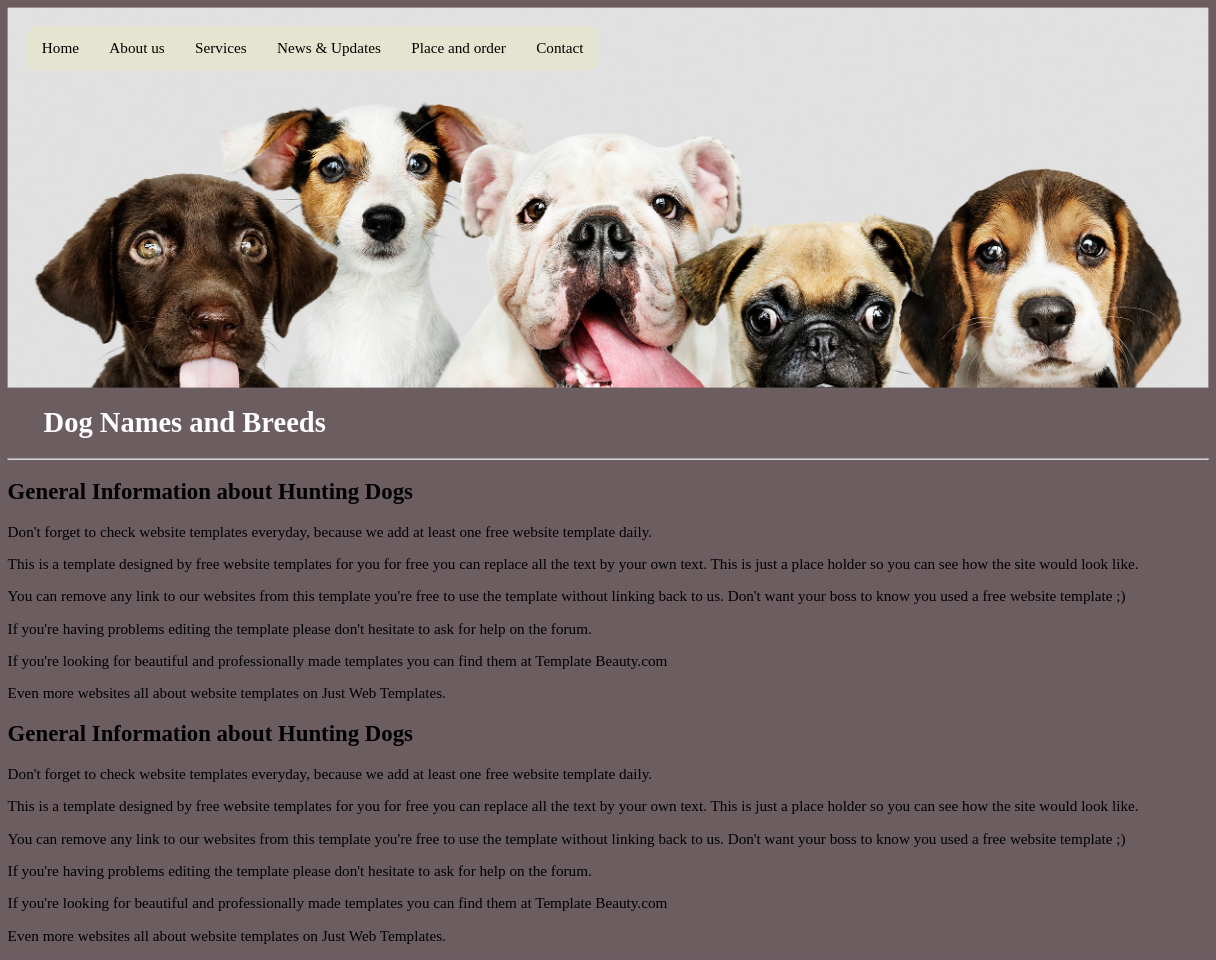
Repository: Tayma-Kazmouz/labwork
Page: index.html
An editor plug-in stored every save of this project. The page is shown before and after the next save, followed by the edit.
The browser window is 1280 px wide. The pictures show the whole page, at 95% of full size.

Above is the page before, as saved 2022-04-04 16:36:15.

### index.html
<!DOCTYPE html>
<html lang="en">
<head>
    <meta charset="UTF-8">
    <meta http-equiv="X-UA-Compatible" content="IE=edge">
    <meta name="viewport" content="width=device-width, initial-scale=1.0">
    <title>LabWork1</title>
    <link rel="stylesheet" href="styles.css">
</head>
<body>
    <div class="banner">
          <div class="nav">
            <ul>
                <li><a class="active" href="#">Home</a></li>
                <li><a href="#">About us</a></li>
                <li><a href="#">Services</a></li>
                <li><a href="#">News & Updates</a></li>
                <li><a href="#">Place and order</a></li>
                <li><a href="#">Contact</a></li>
            </ul>
        </div>
      </div>
      <h1>Dog Names and Breeds</h1>
      <hr>
      <div class="container-one">

          <h2>General Information about Hunting Dogs</h2>
          <p>Don't forget to check website templates everyday, because we add at least one free website template daily.</p>
          <p>This is a template designed by free website templates for you for free you can replace all the text by your own text. This is just a place holder so you can see how the site would look like.</p>
          <p>You can remove any link to our websites from this template you're free to use the template without linking back to us. Don't want your boss to know you used a free website template ;)</p>
          <p>If you're having problems editing the template please don't hesitate to ask for help on the forum.</p>
          <p>If you're looking for beautiful and professionally made templates you can find them at Template Beauty.com</p>
          <p>Even more websites all about website templates on Just Web Templates.</p>

          <h2>General Information about Hunting Dogs</h2>
          <p>Don't forget to check website templates everyday, because we add at least one free website template daily.</p>
          <p>This is a template designed by free website templates for you for free you can replace all the text by your own text. This is just a place holder so you can see how the site would look like.</p>
          <p>You can remove any link to our websites from this template you're free to use the template without linking back to us. Don't want your boss to know you used a free website template ;)</p>
          <p>If you're having problems editing the template please don't hesitate to ask for help on the forum.</p>
          <p>If you're looking for beautiful and professionally made templates you can find them at Template Beauty.com</p>
          <p>Even more websites all about website templates on Just Web Templates.</p>
      </div>
</body>
</html>

### styles.css
body{
    background-color: rgb(107, 93, 96);
}

.banner{
    background-image: url(images/banner.jpg);
    height: 400px;
    position: relative;
    background-position: center;
    background-repeat: no-repeat;
    background-size: cover;
}

.nav{
    background-color: rgb(228, 228, 208);
    border-radius: 10px;
    width: auto;
    position: absolute;
    margin: 20px;
}
ul {
    list-style-type: none;
    margin: 0;
    padding: 0;
    overflow: hidden;
  }

  li {
    float: left;
  }

  li a {
    display: block;
    color: black;
    text-align: center;
    padding: 14px 16px;
    text-decoration: none;
  }

h1{
    color: white;
    font-weight: 600px;
    font-size: 30px;
    margin-left: 3%;
}

After the next save:
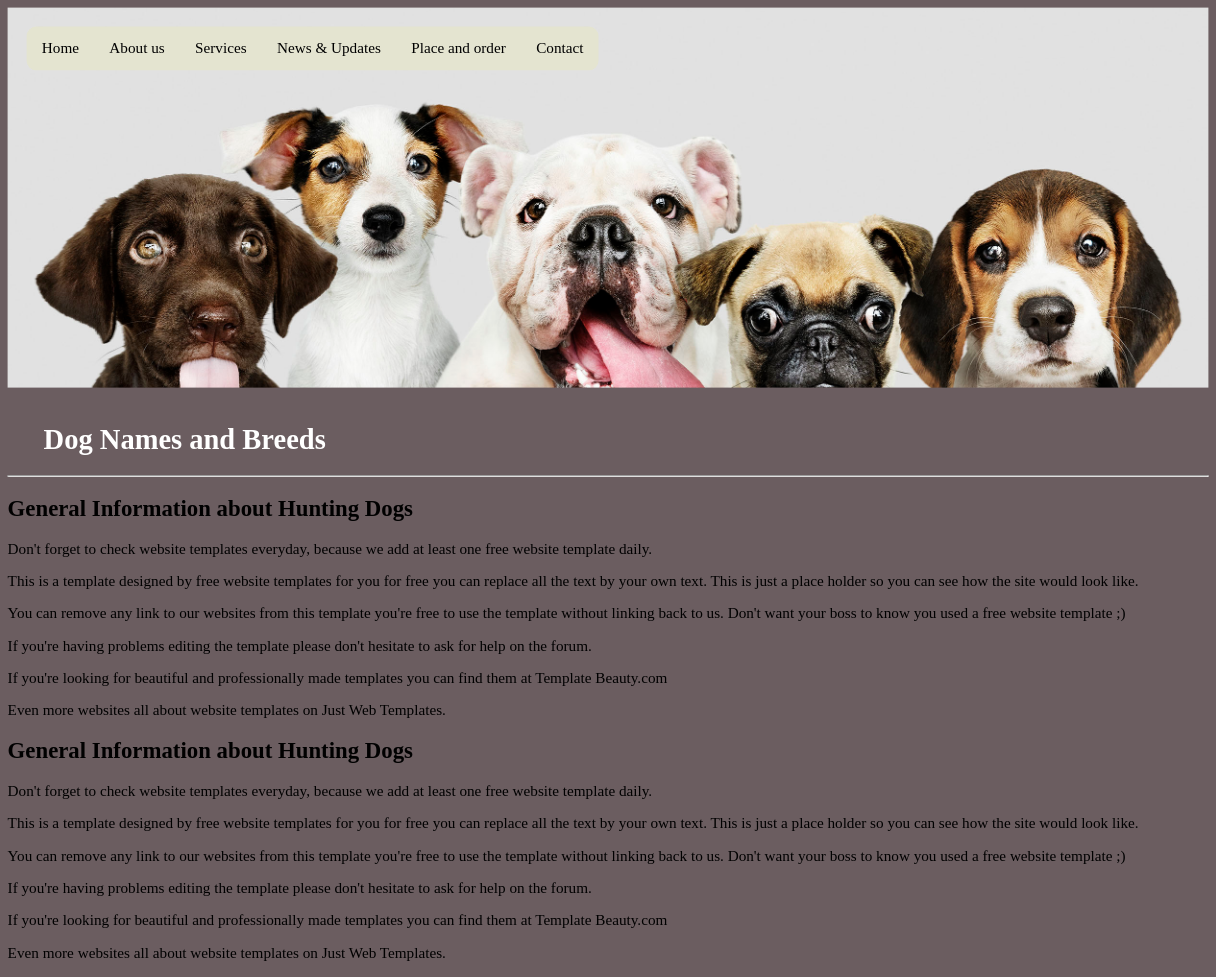
Saved 14 s later.
--- a/styles.css
+++ b/styles.css
@@ -41,5 +41,6 @@
     color: white;
     font-weight: 600px;
     font-size: 30px;
+    margin-top: 3%;
     margin-left: 3%;
 }

After the save that followed:
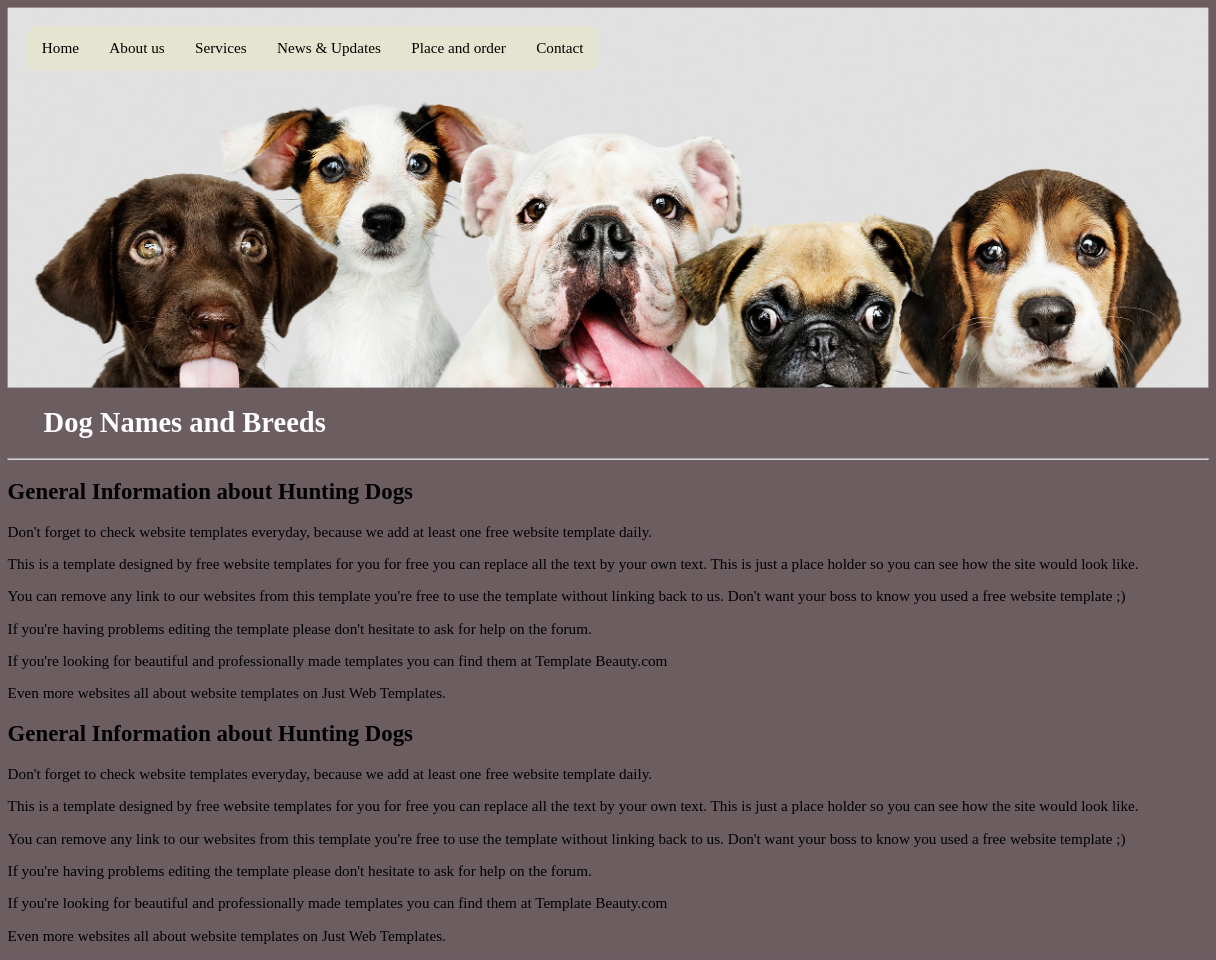
Saved 13 s later.
--- a/styles.css
+++ b/styles.css
@@ -41,6 +41,5 @@
     color: white;
     font-weight: 600px;
     font-size: 30px;
-    margin-top: 3%;
     margin-left: 3%;
 }
